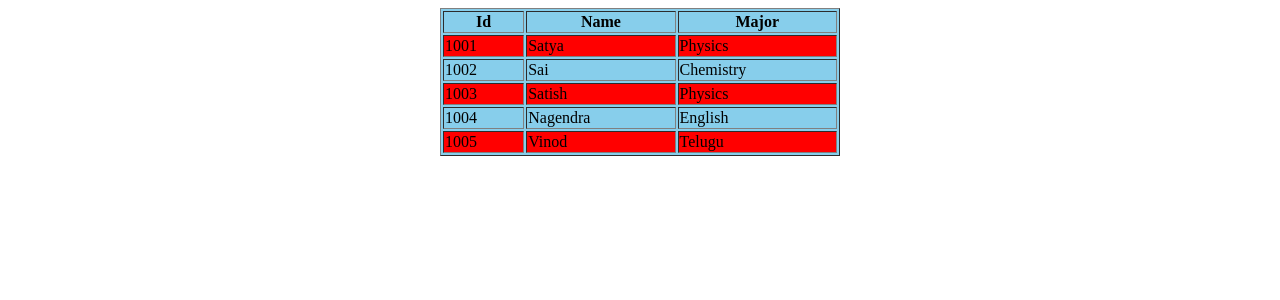
Repository: 1919satya/Mode2
Page: sample/sample/WebContent/table.html
These files come from the project's save history. The page is drawn as it stood at one moment and after the next save; the edit follows.
The browser window is 1280 px wide. The pictures show the whole page.

Above is the page before, as saved 2019-10-10 12:57:30.

### sample/sample/WebContent/table.html
<!DOCTYPE html>
<html>
<head>
<style >
tr:nth-child(even) {
background: skyblue
}
tr:nth-child(even) {
background: red
}
</style>
<meta charset="ISO-8859-1">
<title>Insert title here</title>
</head>
<body>
<form action="">
 <table border="1" align="center" width="400" bgcolor="skyblue">

 <tr>

    <th>Id</th>
    <th>Name</th>
    <th>Major</th>
 </tr>
 <tr >

    <td>1001</td>
    <td>Satya</td>
    <td>Physics</td>
 </tr>
   <tr>

    <td>1002</td>
    <td>Sai</td>
    <td>Chemistry</td>
 </tr>
 <tr >

    <td>1003</td>
    <td>Satish</td>
    <td>Physics</td>
 </tr>
 <tr>

    <td>1004</td>
    <td>Nagendra</td>
    <td>English</td>
 </tr>
 <tr >

    <td>1005</td>
    <td>Vinod</td>
    <td>Telugu</td>
 </tr>

 </table>
</form>
</body>
</html>

After the next save:
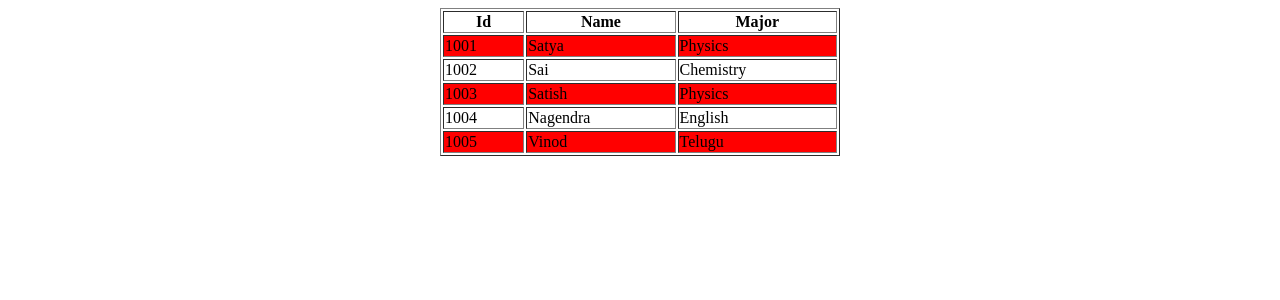
Saved 22 s later.
--- a/sample/sample/WebContent/table.html
+++ b/sample/sample/WebContent/table.html
@@ -14,7 +14,7 @@ background: red
 </head>
 <body>
 <form action="">
- <table border="1" align="center" width="400" bgcolor="skyblue">
+ <table border="1" align="center" width="400" >
 
  <tr>
 
